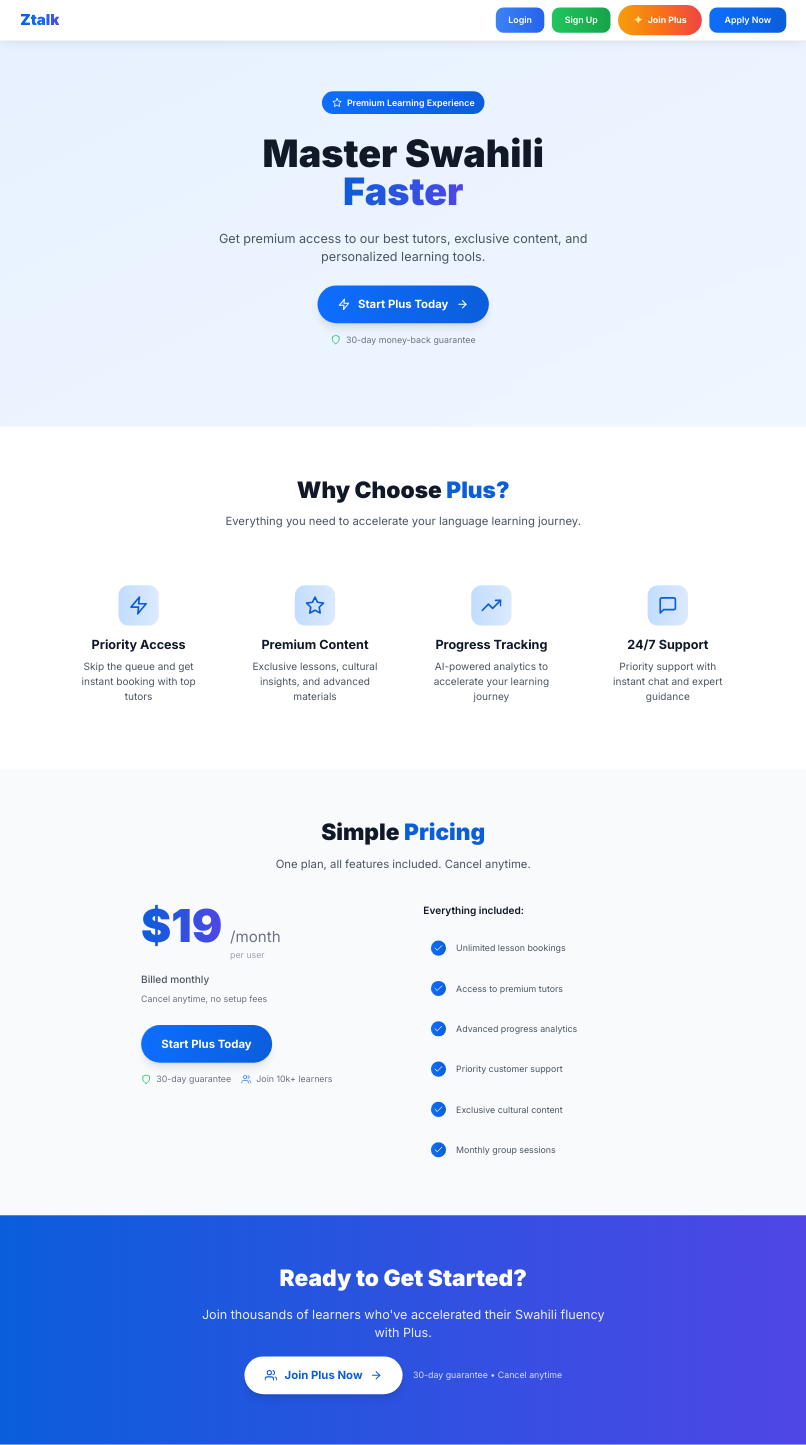
Repository: Eyub-Abdi/Ztalk
Page: /join-plus
The author's editor kept a copy of each file at every save. The page is drawn from the files as they stood at one save, then again after the next save.
The browser window is 1280 px wide. The pictures show the whole page, at 63% of full size.
The page's requests for data from a server got no answer. The project was rebuilt for these pictures with package versions that can differ from the ones it lists, and the page was loaded fresh each time. No one was signed in, and anything a server would have sent is missing. Also part of the build but not shown: vite.config.ts, src/pages/Terms.tsx, src/pages/Privacy.tsx, src/pages/LessonsDemo.tsx, src/pages/BecomeTeacher.tsx, src/components/Spinner.tsx, src/features/tutor-application/api/useApplicationDraft.ts, src/features/tutor-application/api/useTeachableLanguages.ts and 23 more. Imported but missing from the stored project, and not drawn on this page: src/features/lessons/api/useBookingReschedule, src/features/lessons/api/useLessons.

Above is the page before, as saved 2025-12-22 21:20:44.

### index.html
<!DOCTYPE html>
<html lang="en">
  <head>
    <meta charset="UTF-8" />
    <meta name="viewport" content="width=device-width, initial-scale=1.0" />
    <meta
      name="description"
      content="Learn Swahili with real tutors: 1-on-1 lessons, group classes, and free practice."
    />
    <meta name="theme-color" content="#0d6efd" />
    <link rel="icon" type="image/svg+xml" href="/favicon.svg" />
    <link rel="manifest" href="/site.webmanifest" />
    <link rel="preconnect" href="https://fonts.googleapis.com" />
    <link rel="preconnect" href="https://fonts.gstatic.com" crossorigin />
    <link
      href="https://fonts.googleapis.com/css2?family=Inter:wght@400;500;600;700;800;900&display=swap"
      rel="stylesheet"
    />
    <title>Ztalk – Learn Swahili Confidently</title>
  </head>
  <body>
    <div id="root"></div>
    <script type="module" src="/src/main.tsx"></script>
  </body>
</html>

### src/main.tsx
import { AuthModalProvider } from "./features/auth/AuthModalProvider";
import React from "react";
import ReactDOM from "react-dom/client";
import { QueryClientProvider } from "@tanstack/react-query";
import { BrowserRouter } from "react-router-dom";
import { App } from "./App";
import { ErrorBoundary } from "./ErrorBoundary";
import { queryClient } from "@lib/http";
import { AuthProvider } from "./features/auth/AuthProvider";
import "./index.css";

ReactDOM.createRoot(document.getElementById("root") as HTMLElement).render(
  <React.StrictMode>
    <QueryClientProvider client={queryClient}>
      <BrowserRouter>
        <AuthProvider>
          <AuthModalProvider>
            <ErrorBoundary>
              <App />
            </ErrorBoundary>
          </AuthModalProvider>
        </AuthProvider>
      </BrowserRouter>
    </QueryClientProvider>
  </React.StrictMode>
);

### src/features/auth/AuthModalProvider.tsx
import { createContext, useCallback, useContext, useState } from "react";

type AuthView = "login" | "signup";

interface AuthModalContextValue {
  isOpen: boolean;
  view: AuthView;
  openLogin: () => void;
  openSignup: () => void;
  close: () => void;
  verifiedEmail: string | null;
  setVerifiedEmail: (email: string | null) => void;
}

const AuthModalContext = createContext<AuthModalContextValue | undefined>(
  undefined
);

export function AuthModalProvider({ children }: { children: React.ReactNode }) {
  const [isOpen, setIsOpen] = useState(false);
  const [view, setView] = useState<AuthView>("login");
  const [verifiedEmail, setVerifiedEmailState] = useState<string | null>(null);

  const openLogin = useCallback(() => {
    setView("login");
    setIsOpen(true);
  }, []);
  const openSignup = useCallback(() => {
    setView("signup");
    setIsOpen(true);
  }, []);
  const close = useCallback(() => setIsOpen(false), []);
  const setVerifiedEmail = useCallback((email: string | null) => {
    setVerifiedEmailState(email);
  }, []);

  return (
    <AuthModalContext.Provider
      value={{
        isOpen,
        view,
        openLogin,
        openSignup,
        close,
        verifiedEmail,
        setVerifiedEmail,
      }}
    >
      {children}
    </AuthModalContext.Provider>
  );
}

export function useAuthModal() {
  const ctx = useContext(AuthModalContext);
  if (!ctx)
    throw new Error("useAuthModal must be used within AuthModalProvider");
  return ctx;
}

### src/lib/http.ts
import { QueryClient } from "@tanstack/react-query";
import axios from "axios";

// API base URL (includes /api as requested)
export const API_BASE_URL = "https://88c787f44fd1.ngrok-free.app/api";

export async function http<T>(
  path: string,
  options: RequestInit = {}
): Promise<T> {
  `
  `;
  try {
    const response = await axios({
      url: `${API_BASE_URL}${path}`,
      method: options.method || "GET",
      headers: {
        "Content-Type": "application/json",
        Accept: "application/json",
        // Bypass ngrok browser warning interstitial
        "ngrok-skip-browser-warning": "true",
        ...(options.headers || {}),
      },
      data: options.body,
    });
    return response.data as T;
  } catch (error: any) {
    // Basic error shape normalization
    const message =
      error.response?.data?.message ||
      JSON.stringify(error.response?.data) ||
      error.message;
    throw new Error(message);
  }
}

export const queryClient = new QueryClient();

### src/features/auth/AuthProvider.tsx
import {
  createContext,
  useContext,
  useEffect,
  useState,
  ReactNode,
  useCallback,
} from "react";
import type { User } from "./authTypes";

interface AuthContextValue {
  user: User | null;
  accessToken: string | null;
  refreshToken: string | null;
  setAuth: (u: User, access: string, refresh: string) => void;
  logout: () => void;
  isAuthenticated: boolean;
  isLoading: boolean;
}

const AuthContext = createContext<AuthContextValue | undefined>(undefined);

export function AuthProvider({ children }: { children: ReactNode }) {
  const [user, setUser] = useState<User | null>(null);
  const [accessToken, setAccessToken] = useState<string | null>(null);
  const [refreshToken, setRefreshToken] = useState<string | null>(null);
  const [isLoading, setIsLoading] = useState(true);

  // hydrate from storage
  useEffect(() => {
    try {
      const storedUser = localStorage.getItem("user");
      const storedAccessRaw = localStorage.getItem("access_token");
      const storedRefreshRaw = localStorage.getItem("refresh_token");
      const storedAccess =
        storedAccessRaw &&
        storedAccessRaw !== "undefined" &&
        storedAccessRaw !== "null"
          ? storedAccessRaw
          : null;
      const storedRefresh =
        storedRefreshRaw &&
        storedRefreshRaw !== "undefined" &&
        storedRefreshRaw !== "null"
          ? storedRefreshRaw
          : null;
      if (storedUser && storedAccess && storedRefresh) {
        setUser(JSON.parse(storedUser));
        setAccessToken(storedAccess);
        setRefreshToken(storedRefresh);
      }
    } catch (e) {
      // ignore
    } finally {
      setIsLoading(false);
    }
  }, []);

  const setAuth = useCallback((u: User, access: string, refresh: string) => {
    setUser(u);
    setAccessToken(access);
    setRefreshToken(refresh);
    localStorage.setItem("user", JSON.stringify(u));
    localStorage.setItem("access_token", access);
    localStorage.setItem("refresh_token", refresh);
  }, []);

  const logout = useCallback(() => {
    setUser(null);
    setAccessToken(null);
    setRefreshToken(null);
    localStorage.removeItem("user");
    localStorage.removeItem("access_token");
    localStorage.removeItem("refresh_token");
  }, []);

  const value: AuthContextValue = {
    user,
    accessToken,
    refreshToken,
    setAuth,
    logout,
    isAuthenticated: !!user && !!accessToken,
    isLoading,
  };

  return <AuthContext.Provider value={value}>{children}</AuthContext.Provider>;
}

export function useAuth() {
  const ctx = useContext(AuthContext);
  if (!ctx) throw new Error("useAuth must be used within AuthProvider");
  return ctx;
}

### src/pages/JoinPlus.tsx
import { motion } from "framer-motion";
import {
  FiStar,
  FiZap,
  FiCheck,
  FiArrowRight,
  FiShield,
  FiUsers,
  FiTrendingUp,
  FiMessageSquare,
} from "react-icons/fi";

const features = [
  {
    icon: FiZap,
    title: "Priority Access",
    description: "Skip the queue and get instant booking with top tutors",
  },
  {
    icon: FiStar,
    title: "Premium Content",
    description: "Exclusive lessons, cultural insights, and advanced materials",
  },
  {
    icon: FiTrendingUp,
    title: "Progress Tracking",
    description: "AI-powered analytics to accelerate your learning journey",
  },
  {
    icon: FiMessageSquare,
    title: "24/7 Support",
    description: "Priority support with instant chat and expert guidance",
  },
];

const benefits = [
  "Unlimited lesson bookings",
  "Access to premium tutors",
  "Advanced progress analytics",
  "Priority customer support",
  "Exclusive cultural content",
  "Monthly group sessions",
];

export default function JoinPlusPage() {
  return (
    <div className="min-h-screen bg-white">
      {/* Hero Section */}
      <div className="relative pt-20 pb-32 bg-gradient-to-br from-brand-50 to-blue-50">
        <div className="container mx-auto px-4 sm:px-6 lg:px-8 max-w-6xl">
          <div className="text-center space-y-8">
            <motion.div
              initial={{ opacity: 0, y: 20 }}
              animate={{ opacity: 1, y: 0 }}
              transition={{ duration: 0.6 }}
              className="inline-flex items-center gap-2 px-4 py-2 bg-gradient-to-r from-brand-500 to-brand-600 text-white rounded-full text-sm font-semibold"
            >
              <FiStar className="w-4 h-4" />
              Premium Learning Experience
            </motion.div>

            <motion.h1
              initial={{ opacity: 0, y: 20 }}
              animate={{ opacity: 1, y: 0 }}
              transition={{ duration: 0.6, delay: 0.1 }}
              className="text-4xl md:text-6xl font-black text-gray-900 leading-tight"
            >
              Master Swahili
              <br />
              <span className="bg-gradient-to-r from-brand-600 to-indigo-600 bg-clip-text text-transparent">
                Faster
              </span>
            </motion.h1>

            <motion.p
              initial={{ opacity: 0, y: 20 }}
              animate={{ opacity: 1, y: 0 }}
              transition={{ duration: 0.6, delay: 0.2 }}
              className="text-xl text-gray-600 max-w-2xl mx-auto"
            >
              Get premium access to our best tutors, exclusive content, and
              personalized learning tools.
            </motion.p>

            <motion.div
              initial={{ opacity: 0, y: 20 }}
              animate={{ opacity: 1, y: 0 }}
              transition={{ duration: 0.6, delay: 0.3 }}
              className="space-y-4"
            >
              <button className="px-8 py-4 text-lg font-bold text-white bg-gradient-to-r from-brand-500 to-brand-600 rounded-full hover:-translate-y-1 transform transition-all duration-300 shadow-lg flex items-center gap-3 mx-auto">
                <FiZap className="w-5 h-5" />
                Start Plus Today
                <FiArrowRight className="w-5 h-5" />
              </button>
              <p className="text-sm text-gray-500 flex items-center justify-center gap-2">
                <FiShield className="w-4 h-4 text-green-500" />
                30-day money-back guarantee
              </p>
            </motion.div>
          </div>
        </div>
      </div>

      {/* Features */}
      <div className="py-20 bg-white">
        <div className="container mx-auto px-4 sm:px-6 lg:px-8 max-w-6xl">
          <div className="text-center mb-16">
            <h2 className="text-3xl md:text-4xl font-black text-gray-900 mb-4">
              Why Choose <span className="text-brand-600">Plus?</span>
            </h2>
            <p className="text-lg text-gray-600 max-w-2xl mx-auto">
              Everything you need to accelerate your language learning journey.
            </p>
          </div>

          <div className="grid md:grid-cols-2 lg:grid-cols-4 gap-8">
            {features.map((feature, index) => {
              const Icon = feature.icon;
              return (
                <motion.div
                  key={feature.title}
                  initial={{ opacity: 0, y: 30 }}
                  whileInView={{ opacity: 1, y: 0 }}
                  transition={{ duration: 0.6, delay: index * 0.1 }}
                  viewport={{ once: true }}
                  className="text-center p-6 rounded-2xl hover:bg-gray-50 transition-colors duration-300"
                >
                  <div className="w-16 h-16 bg-gradient-to-r from-brand-100 to-blue-100 rounded-2xl flex items-center justify-center mx-auto mb-4">
                    <Icon className="w-8 h-8 text-brand-600" />
                  </div>
                  <h3 className="text-xl font-bold text-gray-900 mb-2">
                    {feature.title}
                  </h3>
                  <p className="text-gray-600">{feature.description}</p>
                </motion.div>
              );
            })}
          </div>
        </div>
      </div>

      {/* Pricing */}
      <div className="py-20 bg-gray-50">
        <div className="container mx-auto px-4 sm:px-6 lg:px-8 max-w-4xl">
          <div className="text-center mb-12">
            <h2 className="text-3xl md:text-4xl font-black text-gray-900 mb-4">
              Simple <span className="text-brand-600">Pricing</span>
            </h2>
            <p className="text-lg text-gray-600">
              One plan, all features included. Cancel anytime.
            </p>
          </div>

          <motion.div
            initial={{ opacity: 0, y: 30 }}
            whileInView={{ opacity: 1, y: 0 }}
            transition={{ duration: 0.6 }}
            viewport={{ once: true }}
            className="max-w-5xl mx-auto"
          >
            {/* Grid Layout */}
            <div className="grid lg:grid-cols-2 gap-12 lg:gap-16 items-start">
              {/* Left Column - Pricing Info */}
              <div className="text-center lg:text-left space-y-8">
                <div className="space-y-4">
                  <div className="flex items-baseline justify-center lg:justify-start gap-3">
                    <span className="text-7xl font-black bg-gradient-to-r from-brand-600 to-indigo-600 bg-clip-text text-transparent">$19</span>
                    <div className="text-left">
                      <span className="text-2xl text-gray-500 block">/month</span>
                      <span className="text-sm text-gray-400">per user</span>
                    </div>
                  </div>
                  <div className="space-y-2">
                    <p className="text-gray-600 font-medium">Billed monthly</p>
                    <p className="text-sm text-gray-500">Cancel anytime, no setup fees</p>
                  </div>
                </div>

                <div className="space-y-4">
                  <button className="w-full lg:w-auto px-8 py-4 text-lg font-bold text-white bg-gradient-to-r from-brand-500 to-brand-600 rounded-full hover:-translate-y-1 transform transition-all duration-300 shadow-lg hover:shadow-xl">
                    Start Plus Today
                  </button>

                  <div className="flex flex-col lg:flex-row items-center justify-center lg:justify-start gap-4 text-sm text-gray-500">
                    <div className="flex items-center gap-2">
                      <FiShield className="w-4 h-4 text-green-500" />
                      30-day guarantee
                    </div>
                    <div className="flex items-center gap-2">
                      <FiUsers className="w-4 h-4 text-blue-500" />
                      Join 10k+ learners
                    </div>
                  </div>
                </div>
              </div>

              {/* Right Column - Features */}
              <div className="space-y-6">
                <h4 className="text-base font-semibold text-gray-900 text-center lg:text-left">Everything included:</h4>
                <div className="grid gap-4">
                  {benefits.map((benefit, index) => (
                    <motion.div
                      key={index}
                      initial={{ opacity: 0, x: -20 }}
                      whileInView={{ opacity: 1, x: 0 }}
                      transition={{ duration: 0.4, delay: index * 0.1 }}
                      viewport={{ once: true }}
                      className="flex items-center gap-4 p-3 rounded-lg hover:bg-gray-50 transition-colors duration-200"
                    >
                      <div className="w-6 h-6 bg-gradient-to-r from-brand-500 to-brand-600 rounded-full flex items-center justify-center flex-shrink-0">
                        <FiCheck className="w-4 h-4 text-white" />
                      </div>
                      <span className="text-gray-600 text-sm">{benefit}</span>
                    </motion.div>
                  ))}
                </div>
              </div>
            </div>

            {/* Bottom CTA for mobile */}
            <div className="mt-8 lg:hidden text-center">
              <button className="w-full py-4 px-8 text-lg font-bold text-white bg-gradient-to-r from-brand-500 to-brand-600 rounded-full hover:-translate-y-1 transform transition-all duration-300 shadow-lg hover:shadow-xl">
                Start Plus Today
              </button>

              <div className="flex items-center justify-center gap-6 text-sm text-gray-500 mt-4">
                <div className="flex items-center gap-2">
                  <FiShield className="w-4 h-4 text-green-500" />
                  30-day guarantee
                </div>
                <div className="flex items-center gap-2">
                  <FiUsers className="w-4 h-4 text-blue-500" />
                  Join 10k+ learners
                </div>
              </div>
            </div>
          </motion.div>
        </div>
      </div>

      {/* CTA */}
      <div className="py-20 bg-gradient-to-r from-brand-600 to-indigo-600">
        <div className="container mx-auto px-4 sm:px-6 lg:px-8 max-w-4xl">
          <div className="text-center space-y-6">
            <h2 className="text-3xl md:text-4xl font-black text-white">
              Ready to Get Started?
            </h2>
            <p className="text-xl text-white/90 max-w-2xl mx-auto">
              Join thousands of learners who&apos;ve accelerated their Swahili
              fluency with Plus.
            </p>
            <div className="flex flex-col sm:flex-row items-center justify-center gap-4">
              <button className="px-8 py-4 text-lg font-bold text-brand-600 bg-white rounded-full hover:-translate-y-1 transform transition-all duration-300 shadow-lg flex items-center gap-3">
                <FiUsers className="w-5 h-5" />
                Join Plus Now
                <FiArrowRight className="w-5 h-5" />
              </button>
              <p className="text-white/80 text-sm">
                30-day guarantee • Cancel anytime
              </p>
            </div>
          </div>
        </div>
      </div>
    </div>
  );
}

### src/components/index.ts
export { Hero } from "./Hero";
export { Testimonials } from "./Testimonials";
export { FeaturedTutors } from "./FeaturedTutors";
export { FAQ } from "./FAQ";
export { Offers } from "./Offers";
export { Footer } from "./Footer";
export { Spinner, IOSSpinner, LoadingOverlay, ButtonSpinner } from "./Spinner";

Loaded but not shown: tailwind.config.js (64 lines, source omitted); src/features/auth/AuthModal.tsx (924 lines, source omitted); src/App.tsx (537 lines, source omitted); src/features/auth/useAuthApi.ts (514 lines, source omitted); src/components/Offers.tsx (117 lines, source omitted); src/index.css (144 lines, source omitted)

After the next save:
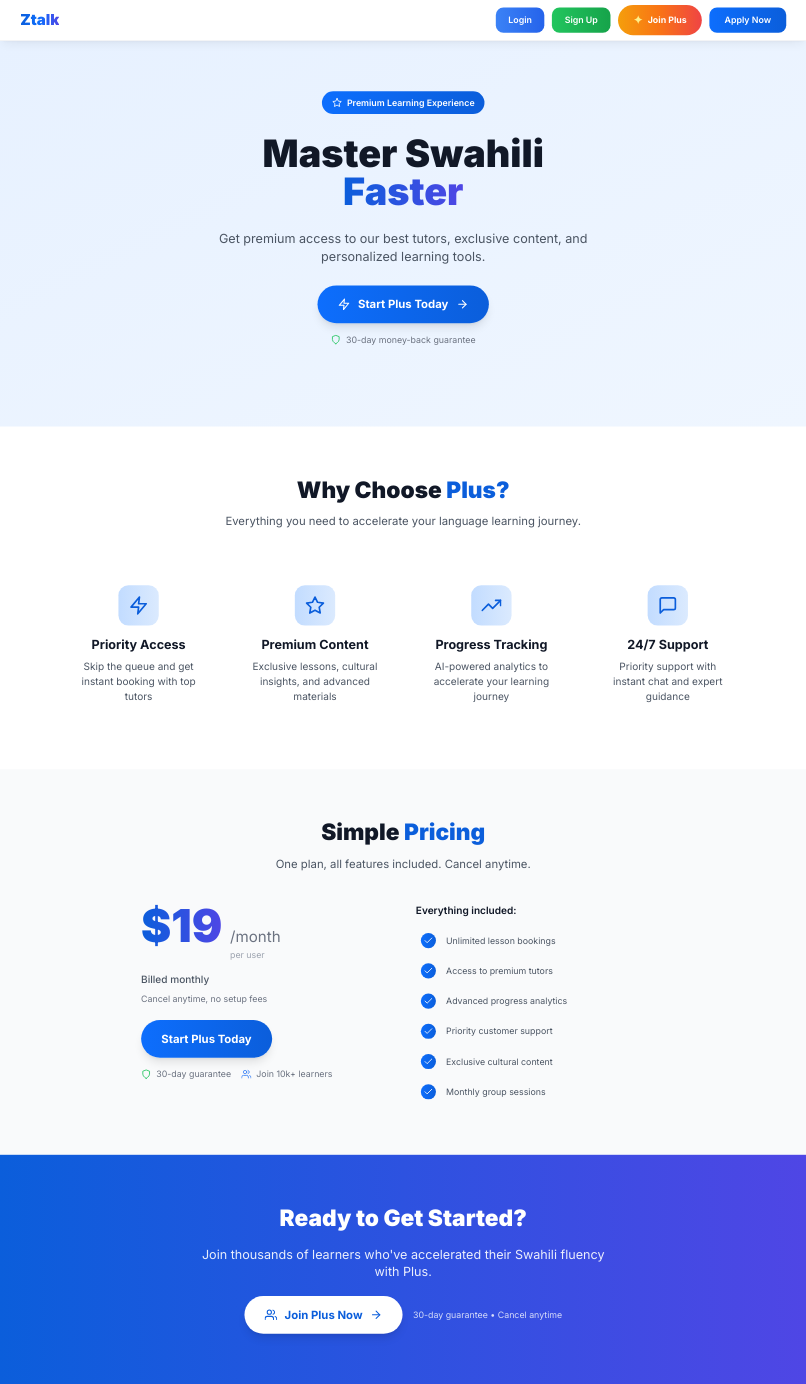
Saved 2 min 1 s later.
--- a/src/pages/JoinPlus.tsx
+++ b/src/pages/JoinPlus.tsx
@@ -160,9 +160,9 @@ export default function JoinPlusPage() {
             className="max-w-5xl mx-auto"
           >
             {/* Grid Layout */}
-            <div className="grid lg:grid-cols-2 gap-12 lg:gap-16 items-start">
+            <div className="grid lg:grid-cols-2 gap-8 lg:gap-10 items-start">
               {/* Left Column - Pricing Info */}
-              <div className="text-center lg:text-left space-y-8">
+              <div className="text-center lg:text-left space-y-6">
                 <div className="space-y-4">
                   <div className="flex items-baseline justify-center lg:justify-start gap-3">
                     <span className="text-7xl font-black bg-gradient-to-r from-brand-600 to-indigo-600 bg-clip-text text-transparent">$19</span>
@@ -196,9 +196,9 @@ export default function JoinPlusPage() {
               </div>
 
               {/* Right Column - Features */}
-              <div className="space-y-6">
+              <div className="space-y-4">
                 <h4 className="text-base font-semibold text-gray-900 text-center lg:text-left">Everything included:</h4>
-                <div className="grid gap-4">
+                <div className="grid gap-2">
                   {benefits.map((benefit, index) => (
                     <motion.div
                       key={index}
@@ -206,7 +206,7 @@ export default function JoinPlusPage() {
                       whileInView={{ opacity: 1, x: 0 }}
                       transition={{ duration: 0.4, delay: index * 0.1 }}
                       viewport={{ once: true }}
-                      className="flex items-center gap-4 p-3 rounded-lg hover:bg-gray-50 transition-colors duration-200"
+                      className="flex items-center gap-4 p-2 rounded-lg hover:bg-gray-50 transition-colors duration-200"
                     >
                       <div className="w-6 h-6 bg-gradient-to-r from-brand-500 to-brand-600 rounded-full flex items-center justify-center flex-shrink-0">
                         <FiCheck className="w-4 h-4 text-white" />
